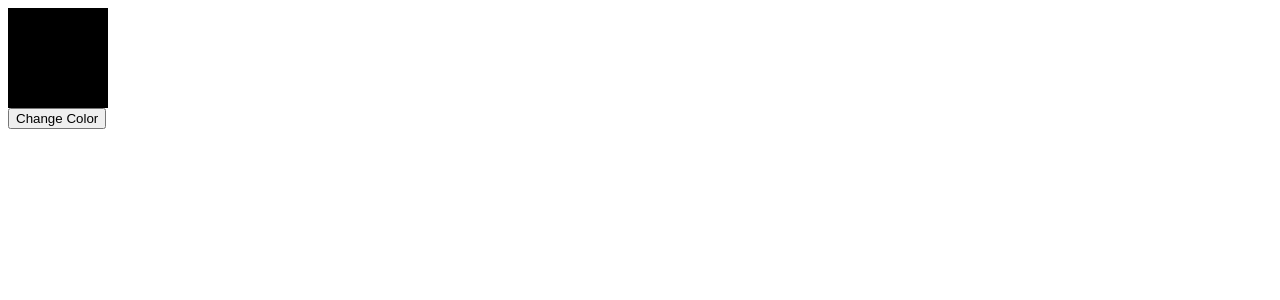
Repository: Haakim19/JavaScript
Page: ColorChange.html
An editor plug-in stored every save of this project. The page is shown before and after the next save, followed by the edit.
The browser window is 1280 px wide. The pictures show the whole page.
After loading, the first visible `button` was clicked once.

Above is the page before, as saved 2024-10-14 17:42:44.

After the next save:
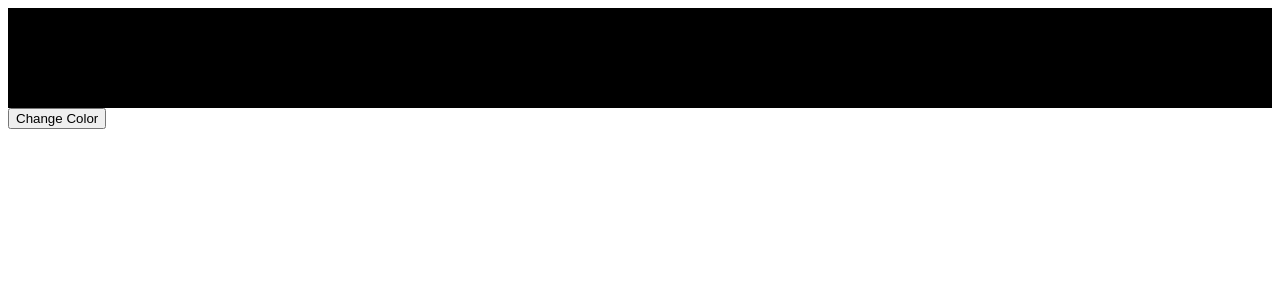
Saved 27 s later.
--- a/ColorChange.html
+++ b/ColorChange.html
@@ -28,6 +28,7 @@
         function changeColor(){
             colorBox.style.backgroundColor = "black"
             console.log("Color Changed")
+            box.setAttribute("class", "widthMax")
         }
     </script>
 </body>
